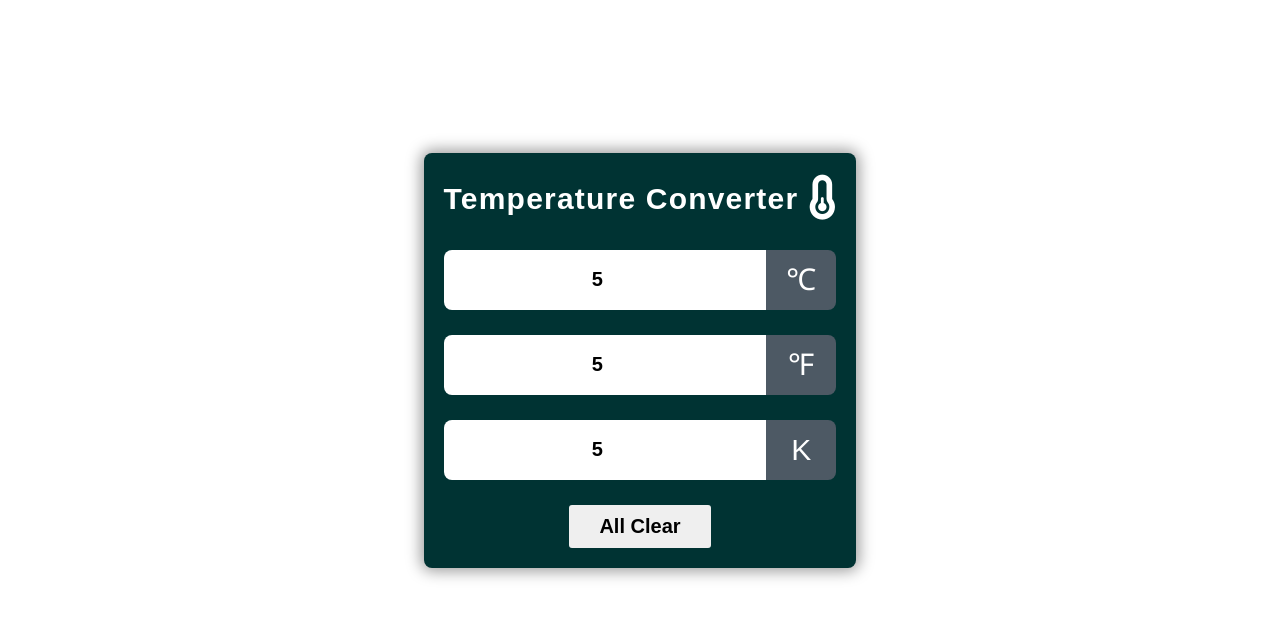
Repository: kiranjeetkaur01/tempconverter.github.io
Page: index.html
These files come from the project's save history. The page is drawn as it stood at one moment and after the next save; the edit follows.
The browser window is 1280 px wide. The pictures show the whole page.
Empty fields were first filled with sample values (such as "Sample", 5 or name@example.com).
After loading, the first visible `input` was changed once.

Above is the page before, as saved 2023-09-27 13:29:07.

### index.html
<!DOCTYPE html>
<html lang="en">
  <head>
    <meta charset="UTF-8" />
    <meta name="viewport" content="width=device-width, initial-scale=1.0" />
    <title>Temperature Converter</title>
    <link rel="stylesheet" href="style.css" />
    <link
      rel="stylesheet"
      href="https://cdnjs.cloudflare.com/ajax/libs/font-awesome/6.4.2/css/all.min.css"
      integrity="sha512-z3gLpd7yknf1YoNbCzqRKc4qyor8gaKU1qmn+CShxbuBusANI9QpRohGBreCFkKxLhei6S9CQXFEbbKuqLg0DA=="
      crossorigin="anonymous"
      referrerpolicy="no-referrer" />
  </head>
  <body>
    <div class="container">
      <div class="title">
        <h1>Temperature Converter</h1>
        <span class="temperature-icon"
          ><i class="fa-solid fa-temperature-quarter"></i></span>
      </div>
      <div id="celcius">
        <input type="number" name="" placeholder="Celcius">
        <span class="icon">&#8451</span>
      </div>

      <div id="fahrenheit">
        <input type="number" name="" placeholder="Fahrenheit">
        <span class="icon">&#8457</span>
      </div>

      <div id="kelvin">
        <input type="number" name="" placeholder="Kelvin">
        <span class="icon">&#8490</span>
      </div>
      <div class="button">
        <button>All Clear</button>
      </div>
    </div>
  </div>
  <script src="script.js"></script>
  </body>
</html>

### style.css
* {
  margin: 0;
  padding: 0;
  box-sizing: border-box;
}

body {
  display: flex;
  justify-content: center;
  align-items: center;
  min-height: 100vh;
}
.container {
  max-width: 450px;
  background: #003333;
  border-radius: 8px;
  box-shadow: 0px 0px 15px 3px rgba(0, 0, 0, 0.4);
  font-family: sans-serif;
  padding: 20px;
}
.title {
  display: flex;
  justify-content: center;
  align-items: center;
  flex-wrap: wrap-reverse;
  gap: 10px;
}
.temperature-icon {
  font-size: 45px;
  color: #fff;
}
h1 {
  color: #fff;
  letter-spacing: 1.2px;
  font-size: 30px;
}
#celcius,
#fahrenheit,
#kelvin {
  display: flex;
  justify-content: center;
  align-items: center;
  margin-top: 25px;
}

input {
  flex: 5;
  height: 60px;
  font-size: 20px;
  font-weight: 600;
  text-align: center;
  border: none;
  outline: none;
  border-radius: 8px 0 0 8px;
  padding: 0 10px;
}

.icon {
  flex: 1;
  height: 60px;
  line-height: 60px;
  padding: 0 5px;
  text-align: center;
  font-size: 30px;
  background: #4d5964;
  color: #fff;
  border-radius: 0 8px 8px 0;
}
.button {
  margin-top: 25px;
  text-align: center;
}

.button button {
  border: none;
  outline: none;
  padding: 10px 30px;
  font-size: 20px;
  font-weight: 600;
  border-radius: 3px;
  cursor: pointer;
  transition: 0.3s;
}

.button button:hover {
  background: #000;
  color: #fff;
}

### script.js
let celciusInput = document.querySelector("#celcius > input");
let fahrenheitInput = document.querySelector("#fahrenheit > input");
let kelvinInput = document.querySelector("#kelvin > input");

let btn = document.querySelector(".button button");

function roundNumber(number) {
  return Math.round(number * 100) / 100;
}

celciusInput.addEventListener("input", function () {
  let cTemp = parseFloat(celcius.value);
  let fTemp = cTemp * (9 / 5) + 32;
  let kTemp = cTemp + 273.15;

  fahrenheitInput.value = roundNumber(fTemp);
  kelvinInput.value = roundNumber(kTemp);
});

fahrenheitInput.addEventListener("input", function () {
  let fTemp = parseFloat(fahrenheitInput.value);
  let cTemp = (fTemp - 32) * (5 / 9);
  let kTemp = (fTemp - 32) * (5 / 9) + 273.15;

  celciusInput.value = roundNumber(cTemp);
  kelvinInput.value = roundNumber(kTemp);
});

fahrenheitInput.addEventListener("input", function () {
  let fTemp = parseFloat(fahrenheitInput.value);
  let cTemp = (fTemp - 32) * (5 / 9);
  let kTemp = (fTmp - 32) * (5 / 9) + 273.15;

  celciusInput.value = roundNumber(cTemp);
  kelvinInput.value = roundNumber(kTemp);
});

After the next save:
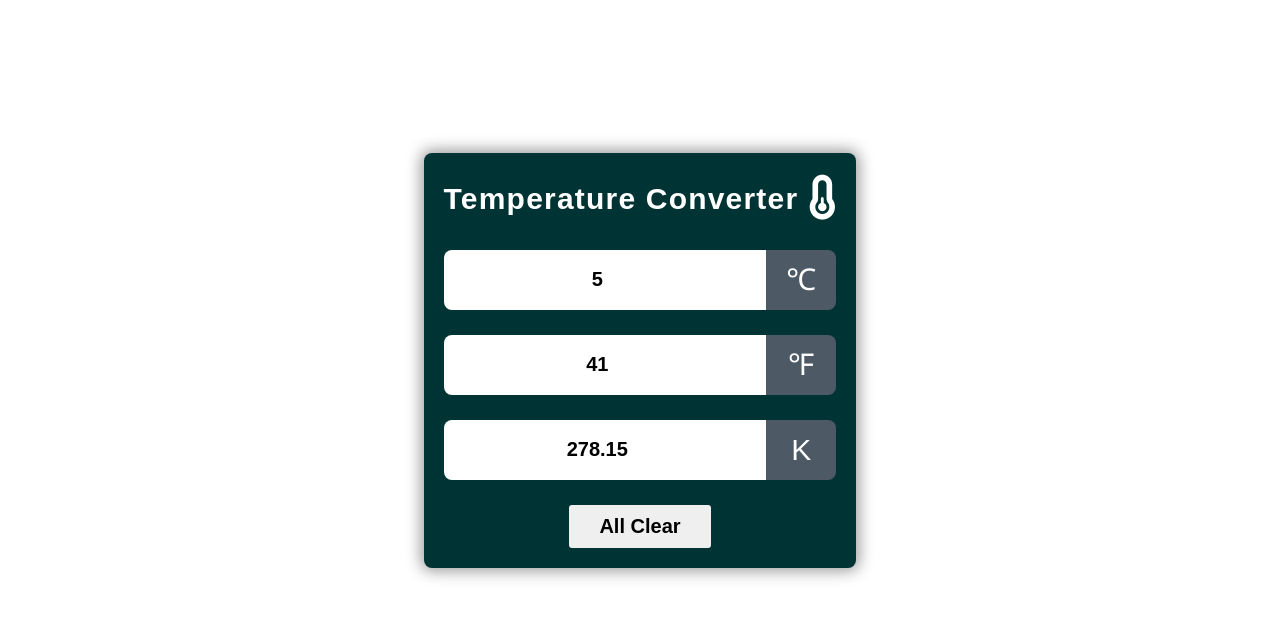
Saved 2 min 24 s later.
--- a/script.js
+++ b/script.js
@@ -9,7 +9,7 @@ function roundNumber(number) {
 }
 
 celciusInput.addEventListener("input", function () {
-  let cTemp = parseFloat(celcius.value);
+  let cTemp = parseFloat(celciusInput.value);
   let fTemp = cTemp * (9 / 5) + 32;
   let kTemp = cTemp + 273.15;
 
